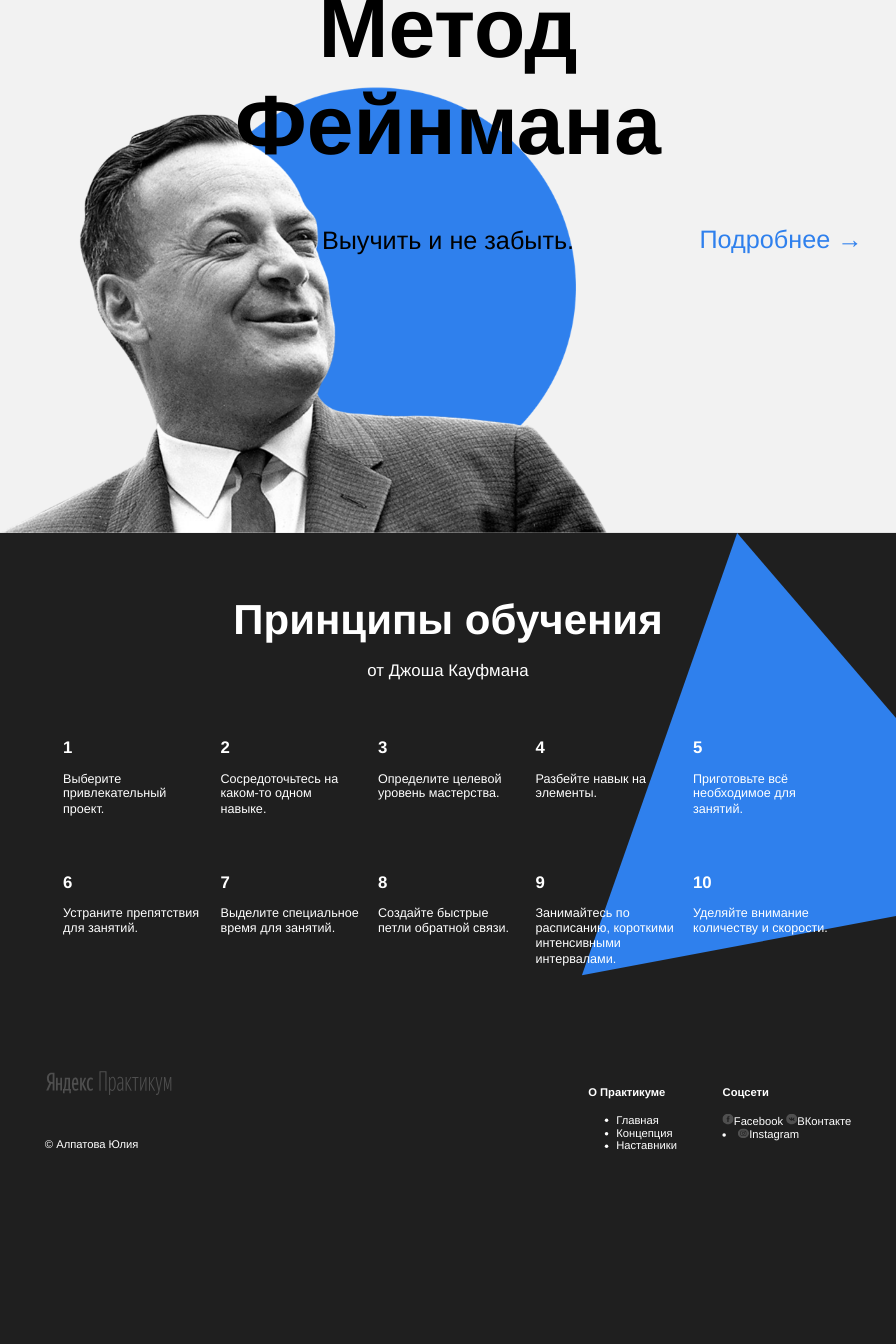
Repository: BlackMothy/how-to-learn
Page: index.html
An editor plug-in stored every save of this project. The page is shown before and after a run of saves, followed by the edit.
The browser window is 1280 px wide. The pictures show the part of the page from y = 2100 to 4020 px (the page is 4020 px tall), at 70% of full size.

Above is the page before, as saved 2021-11-06 00:34:06.

### index.html
<!DOCTYPE html>
<html lang="ru">

<head>
  <meta charset="UTF-8">
  <meta name="viewport" content="width=device-width, initial-scale=1.0">
  <link rel="stylesheet" type="text/css" href="styles/normalize.css">
  <link rel="stylesheet" type="text/css" href="styles/style.css">
  <title>Научиться учиться</title>
</head>

<body>
  <div class="page">
    <header class="header">

      <img class="logo logo_place_header" src="images/logo_place_header.svg" alt="Лого" title="Лого">


      <h1 class="header__title">
        Научиться учиться
      </h1>

      <div class="header__subtitle">
        Какие современные и эффективные подходы к обучению вы можете использовать в своей жизни? <a class="header__link"
          href="#">Узнать &#8594;</a>
      </div>

      <img class="header__main-illustration" src="images\header-image.png" alt="Картинка главная">

      <div class="header__square-pic"></div>

    </header>
    <main class="content">
      <section class="description">
        <div class="two-columns">
          <h2 class="two-columns__brief">Главные проблемы в обучении</h2>

          <div class="two-columns__main-text">
            <div class="two-columns__paragraph">
              Ни в школе, ни в институте нас не учат тому, как правильно изучать материал. Мы готовимся к экзаменам и
              учим билеты. Мы тренируемся решать однообразные задачи, чтобы лучше сдать тест, но часто в итоге это не
              дает нам реального знания. Зубрежка быстро выветривается и не приносит пользы.
            </div>

            <div class="two-columns__paragraph">
              <span class="two-columns__span-accent">Вывод:</span> учиться тоже нужно уметь, но почему-то этому мало где
              учат. Что с этим делать?
            </div>

            <div class="two-columns__paragraph paragraph_position_last">
              Конкретные техники и упражнения помогают изменить подход к обучению, сделать его эффективным и
              захватывающим. Эти же техники применяются на примере обучения в Практикуме.
            </div>
          </div>
        </div>
      </section>

      <section class="digits">
        <h2 class="section-title">Цифры и факты</h2>

        <h3 class="section-subtitle">Про учёбу и мозг</h3>

        <ul class="table">
          <!-- Первая строка -->
          <li class="table__cell">
            <h4 class="table__heading">86 миллиардов</h4>
            <p class="table__text">
              Число нейронов в мозге человека
            </p>
          </li>

          <li class="table__cell">
            <h4 class="table__heading">2.1 миллиарда</h4>
            <p class="table__text">
              Число нуждающихся в повышении квалификации
            </p>
            <p class="table__text">
              Всемирный Банк, 2017
            </p>
          </li>

          <li class="table__cell">
            <h4 class="table__heading">1000 терабайт</h4>
            <p class="table__text">
              Объём памяти человека
            </p>
          </li>

          <li class="table__cell">
            <h4 class="table__heading">500 триллионов</h4>
            <p class="table__text">
              Число ответственных за обучение нервных синапсов у взрослого человека
            </p>
          </li>
          <!--  -->

          <!-- вторая строка -->
          <li class="table__cell">
            <h4 class="table__heading">420 миллионов</h4>
            <p class="table__text">
              Число взрослых людей моложе 25 лет, не имеющих образования для трудоустройства
            </p>
            <p class="table__text">
              Всемирный Банк, 2017
            </p>
          </li>

          <li class="table__cell">
            <h4 class="table__heading">17–20 лет</h4>
            <p class="table__text">
              Пик обучаемости
            </p>
          </li>

          <li class="table__cell">
            <h4 class="table__heading">1885 год</h4>
            <p class="table__text">
              Открытие кривой забывания
            </p>
          </li>

          <li class="table__cell">
            <h4 class="table__heading">1889 год</h4>
            <p class="table__text">
              Открытие условного рефлекса
            </p>
          </li>
          <!--  -->
        </ul>
      </section>

      <section class="feynman">
        <h2 class="feynman__title">Метод Фейнмана</h2>

        <h3 class="feynman__subtitle">Выучить и не забыть.</h3>

        <a class="feynman__link" href="#">Подробнее &#8594;</a>

        <img class="feynman__img" src="images/feynman.png" alt="Фейнман" title="Фейнман">
      </section>

      <section class="kaufman">
        <h2 class="section-title section-title__theme_dark">Принципы обучения</h2>

        <h3 class="section-subtitle section-subtitle__theme_dark">от Джоша Кауфмана</h3>

        <ul class="table table_theme_dark">
          <!-- Первая строка -->
          <li class="table__cell table__cell_theme_dark">
            <h4 class="table__heading table__heading_theme_dark">1</h4>
            <p class="table__text table__text_theme_dark">
              Выберите привлекательный проект.
            </p>
          </li>

          <li class="table__cell table__cell_theme_dark">
            <h4 class="table__heading table__heading_theme_dark">2</h4>
            <p class="table__text table__text_theme_dark">
              Сосредоточьтесь на каком-то одном навыке.
            </p>
          </li>

          <li class="table__cell table__cell_theme_dark">
            <h4 class="table__heading table__heading_theme_dark">3</h4>
            <p class="table__text table__text_theme_dark">
              Определите целевой уровень мастерства.
            </p>
          </li>

          <li class="table__cell table__cell_theme_dark">
            <h4 class="table__heading table__heading_theme_dark">4</h4>
            <p class="table__text table__text_theme_dark">
              Разбейте навык на элементы.
            </p>
          </li>

          <li class="table__cell table__cell_theme_dark">
            <h4 class="table__heading table__heading_theme_dark">5</h4>
            <p class="table__text table__text_theme_dark">
              Приготовьте всё необходимое для занятий.
            </p>
          </li>
          <!--  -->

          <!-- вторая строка -->
          <li class="table__cell table__cell_theme_dark">
            <h4 class="table__heading table__heading_theme_dark">6</h4>
            <p class="table__text table__text_theme_dark">
              Устраните препятствия для занятий.
            </p>
          </li>

          <li class="table__cell table__cell_theme_dark">
            <h4 class="table__heading table__heading_theme_dark">7</h4>
            <p class="table__text table__text_theme_dark">
              Выделите специальное время для занятий.
            </p>
          </li>

          <li class="table__cell table__cell_theme_dark">
            <h4 class="table__heading table__heading_theme_dark">8</h4>
            <p class="table__text table__text_theme_dark">
              Создайте быстрые петли обратной связи.
            </p>
          </li>

          <li class="table__cell table__cell_theme_dark">
            <h4 class="table__heading table__heading_theme_dark">9</h4>
            <p class="table__text table__text_theme_dark">
              Занимайтесь по расписанию, короткими интенсивными интервалами.
            </p>
          </li>

          <li class="table__cell table__cell_theme_dark">
            <h4 class="table__heading table__heading_theme_dark">10</h4>
            <p class="table__text table__text_theme_dark">
              Уделяйте внимание количеству и скорости.
            </p>
          </li>
          <!--  -->
        </ul>

        <img class="kaufman__triangle" src="images/kaufman-triangle.svg" alt="Треугольник" title="Треугольник">

      </section>
    </main>

    <footer class="footer">
      <div class="footer__columns">
        <div class="footer__column footer__column_content_copyright">
          <img class="logo logo_place_footer" src="images/logo_place_footer.svg" alt="Лого" title="Лого">

          <p class="footer__author">&copy; Алпатова Юлия</p>

        </div>

        <nav class="footer__column footer__column_content_info">
          <h4 class="footer__column-heading">О Практикуме</h4>

          <ul>
            <li><a class="footer__column-links" href="#">Главная</a></li>
            <li><a class="footer__column-links" href="#">Концепция</a></li>
            <li><a class="footer__column-links" href="#">Наставники</a></li>
          </ul>
        </nav>

        <nav class="footer__column footer__column_content_social">
          <h4 class="footer__column-heading">Соцсети</h4>

          <a class="footer__column-links" href="#"><img class="footer__social-icon" src="images/facebook_color_white.svg" alt="Иконка Facebook" title="Facebook">Facebook</a>

            <a class="footer__column-links" href="#"><img class="footer__social-icon" src="images/vk_color_white.svg" alt="Иконка ВКонтакте" title="ВКонтакте">ВКонтакте</a>

            <li><a class="footer__column-links" href="#"><img class="footer__social-icon" src="images/instagram_color_white.svg" alt="Иконка Instagram" title="Instagram">Instagram</a>
          </ul>
        </nav>
      </div>

    </footer>

  </div>
</body>

</html>

### styles/style.css
.page {
  min-width: 1100px;
  /* мы ещё не умеем делать мобильную версию сайта, */
  /* поэтому выше установлена минимальная ширина страницы */
  max-width: 1600px;
  /* выше установили ограничение по максимальной ширине */
  margin: 0 auto;
  /* выше для экранов больше 1600px отцентрировали весь контент */
  font-family: 'Helvetica Neue', Arial, sans-serif;

}

/* Стили хедера */
.header {
  height: 100vh;
  min-height: 600px;
  max-height: 756px;
  background-color: #f2f2f2;
  margin: 0;
  padding: 0;
  padding-left: 64px;
  display: flex;
  flex-direction: column;
  justify-content: center;
  position: relative;
  overflow: hidden;
}

.logo {
  width: 183px;
  height: 32px;
}

.logo_place_header {
  position: absolute;
  top: 30px;
  z-index: 2;
}

.header__title {
  width: 730px;
  z-index: 2;
  line-height: 96px;
  font-size: 102px;
  font-weight: 600;
  margin: 0;
}

.header__subtitle {
  width: 388px;
  position: absolute;
  bottom: 30px;
  z-index: 2;
  line-height: 25px;
  font-size: 18px;
  font-weight: 400;
}

.header__link, .feynman__link {
  color: #2f80ed;
  text-decoration: none;
}

.header__main-illustration {
  width: 765px;
  height: 608px;
  position: absolute;
  right: 0;
  bottom: 0;
  z-index: 1;
}

.header__square-pic {
  height: 568px;
  width: 568px;
  background-color: #2f80ed;
  position: absolute;
  right: 0;
  top: 64px;

}
/* Стили хедера */

/* Стили двух колонок */
.two-columns {
  margin: 100px auto;
  width: 80%;
  display: flex;
  flex-direction: row;
  justify-content: space-between;
}

.two-columns__brief {
  width: 175px;
  margin: 0;
  line-height: 1.2;
  font-size: 18px;
  font-weight: 400;
  color: #2f80ed;
}

.two-columns__main-text {
  width: 80%;
  min-width: 784px;
}

.two-columns__paragraph {
  margin: 0 0 30px;
  line-height: 34px;
  font-size: 24px;
  font-weight: 400;
}

.two-columns__span-accent {
  line-height: 34px;
  font-size: 24px;
  font-weight: 600;
}

.paragraph_position_last {
  margin: 0;
}
/* Стили двух колонок */

/* Стили секции */

.digits {
  padding-bottom: 100px;
}

.section-title {
  width: 60%;
  text-align: center;
  line-height: 1.15;
  font-size: 60px;
  font-weight: 600;
  margin: 0 auto;
}

.section-subtitle {
  width: 60%;
  text-align: center;
  margin: 20px auto 0;
  line-height: 34px;
  font-size: 24px;
  font-weight: 400;
}

.table {
  display: flex;
  flex-wrap: wrap;
  width: 1100px;
  justify-content: space-between;
  padding: 0;
  margin: 0 auto;
}

.table__cell {
  margin: 60px 0 0;
  width: 250px;
  list-style: none;
}

.table__heading {
  margin: 0;
  line-height: 1.15;
  font-size: 24px;
  font-weight: 600;
}

.table__text {
  margin: 20px 0 0;
  line-height: 1.2;
  font-size: 18px;
  font-weight: 400;
}
/* Стили секции */

/* Стили Фейнмана */
.feynman {
  background-color: #f2f2f2;
  display: flex;
  position: relative;
  flex-direction: column;
  justify-content: flex-start;
  align-items: center;
  height: 890px;
}

.feynman__title {
  width: 648px;
  z-index: 1;
  line-height: 1.15;
  font-size: 120px;
  font-weight: 600;
  text-align: center;
  margin: 100px 0 70px;
}

.feynman__subtitle {
  z-index: 1;
  line-height: 51px;
  font-size: 36px;
  font-weight: 400;
  margin: 0;
}

.feynman__link {
  position: absolute;
  top: 50%;
  right: 48px;
  z-index: 1;
  line-height: 51px;
  font-size: 36px;
  font-weight: 400;
}

.feynman__img {
  position: absolute;
  left: 0;
  bottom: 0;
  width: 867px;
  height: 637px;

}
/* Стили Фейнмана */

/* Стили Кауфмана */
.kaufman {
  background-color: #1f1f1f;
  color: white;
  padding: 90px 0;
  position: relative;
  overflow: hidden;
  z-index: -2;
}

.table__cell_theme_dark {
  width: 200px;
  margin-right: 0;
  margin-top: 80px;
}

.kaufman__triangle {
  width: 877px;
  height: 887px;
  position: absolute;
  right: -210px;
  top: 0;
  z-index: -1;
}
/* Стили Кауфмана */

/* Стили футера */
.footer {
  min-height: 350px;
  color: white;
  background-color: #1f1f1f;
  padding: 60px 0 40px;
}

.footer__columns {
  margin: 0 auto;
  width: 90%;
  display: flex;
  flex-direction: row;
  justify-content: space-between;
  align-items: stretch;
}

.footer__column {

}

.footer__column_content_copyright {
  display: flex;
  flex-direction: column;
  justify-content: space-between;
  flex-basis: 711px;
}

.logo_place_footer {
  height: 35px;
}

.footer__author {
  margin: 18px 0;
}

.footer__column-links {
  color: white;
  text-decoration: none;
  padding: 0;
}




/* Стили футера */

Loaded but not shown: styles/normalize.css (library)

After the next 2 saves:
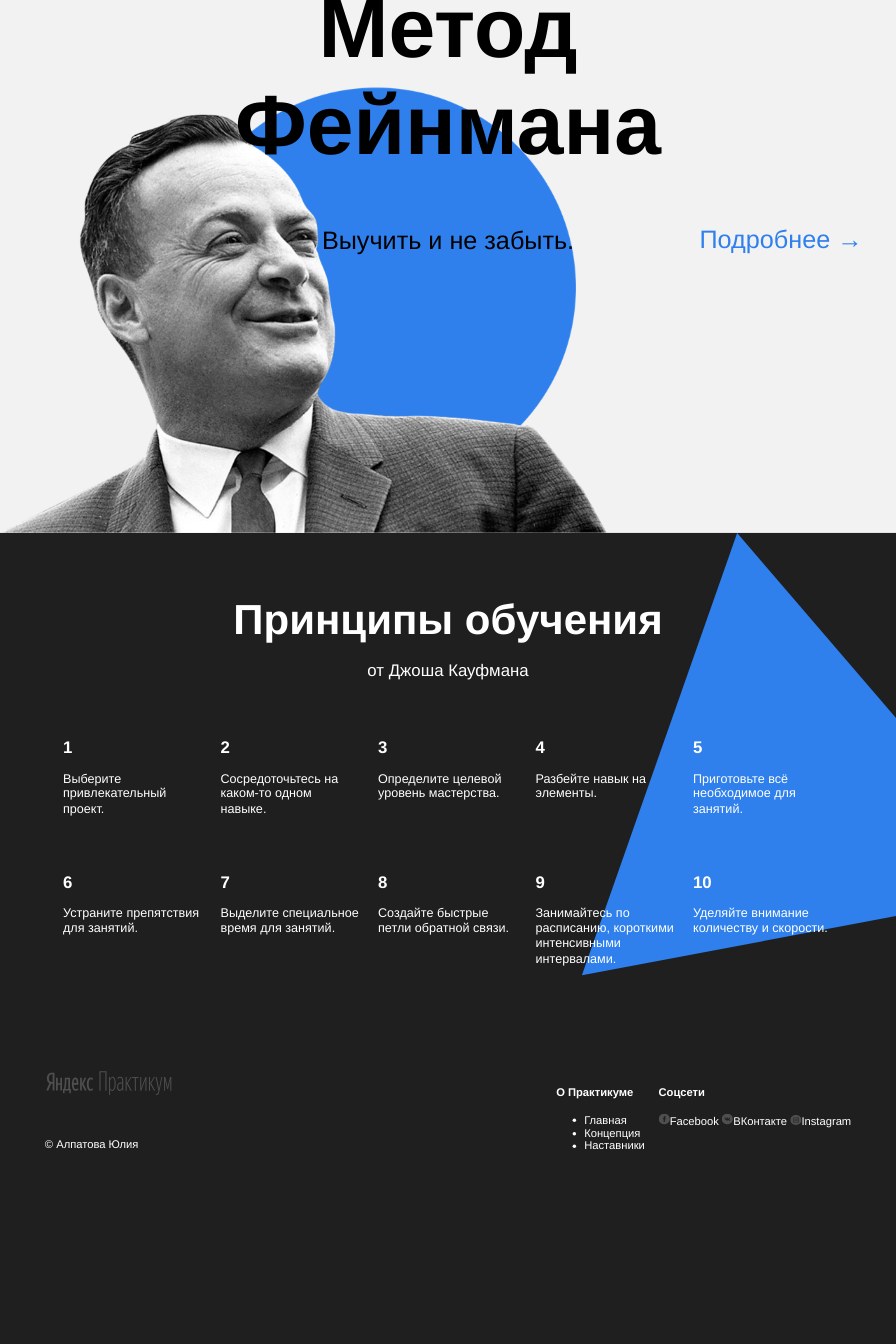
The 2 saves are shown as one change because they came seconds apart.
The last was saved 9 s later.
--- a/index.html
+++ b/index.html
@@ -251,8 +251,8 @@
 
             <a class="footer__column-links" href="#"><img class="footer__social-icon" src="images/vk_color_white.svg" alt="Иконка ВКонтакте" title="ВКонтакте">ВКонтакте</a>
 
-            <li><a class="footer__column-links" href="#"><img class="footer__social-icon" src="images/instagram_color_white.svg" alt="Иконка Instagram" title="Instagram">Instagram</a>
-          </ul>
+            <a class="footer__column-links" href="#"><img class="footer__social-icon" src="images/instagram_color_white.svg" alt="Иконка Instagram" title="Instagram">Instagram</a>
+
         </nav>
       </div>
 
